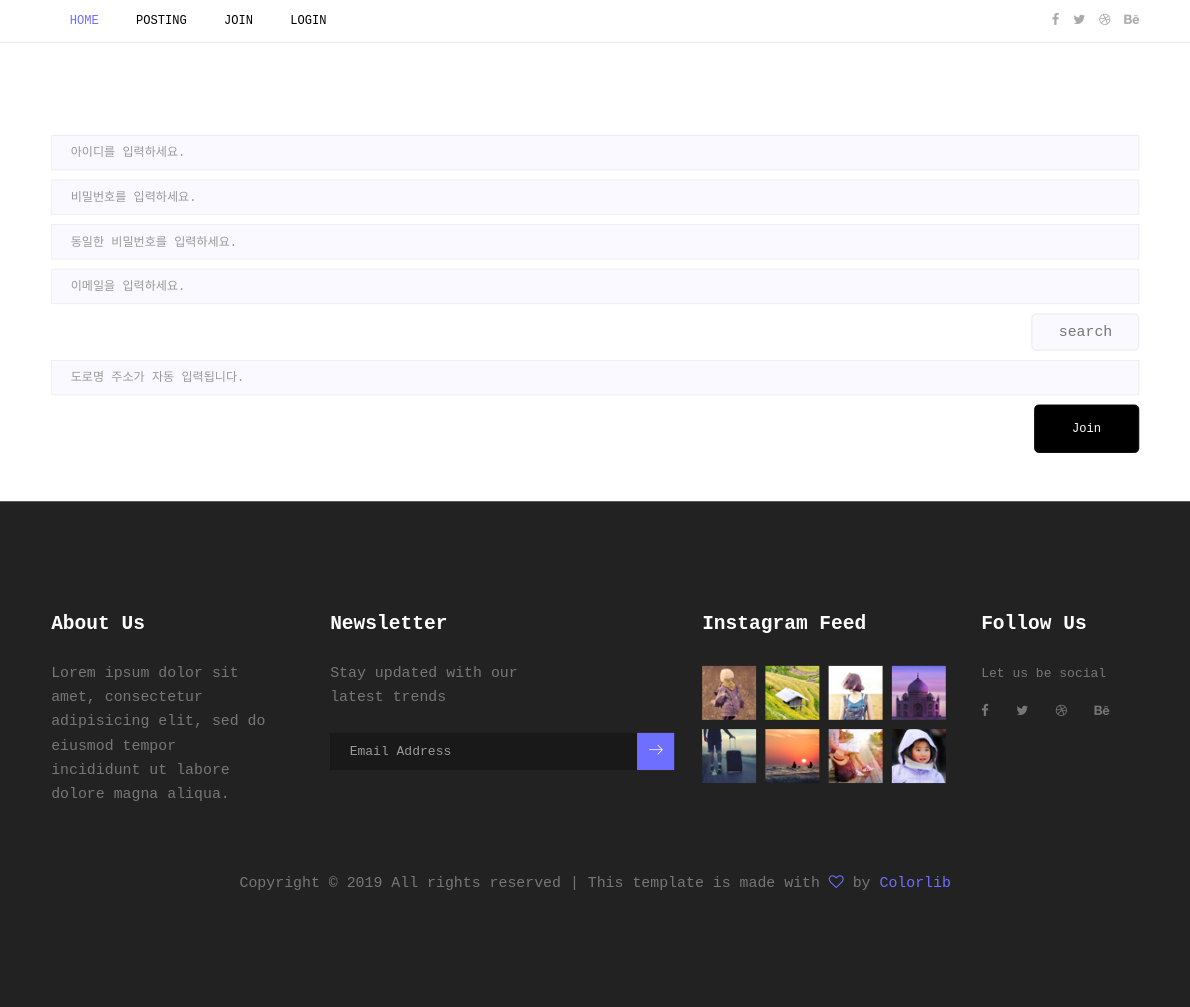
Repository: DAVISPARK/park
Page: http://localhost/blog/user/update.jsp
These files come from the project's save history. The page is drawn as it stood at one moment and after the next save; the edit follows.
The browser window is 1280 px wide. The pictures show the whole page, at 93% of full size.
Some web fonts or font styles are not loaded; a fallback is used. The page is served by Tomcat 9.

Above is the page before, as saved 2019-10-31 03:28:44.

After the next save:
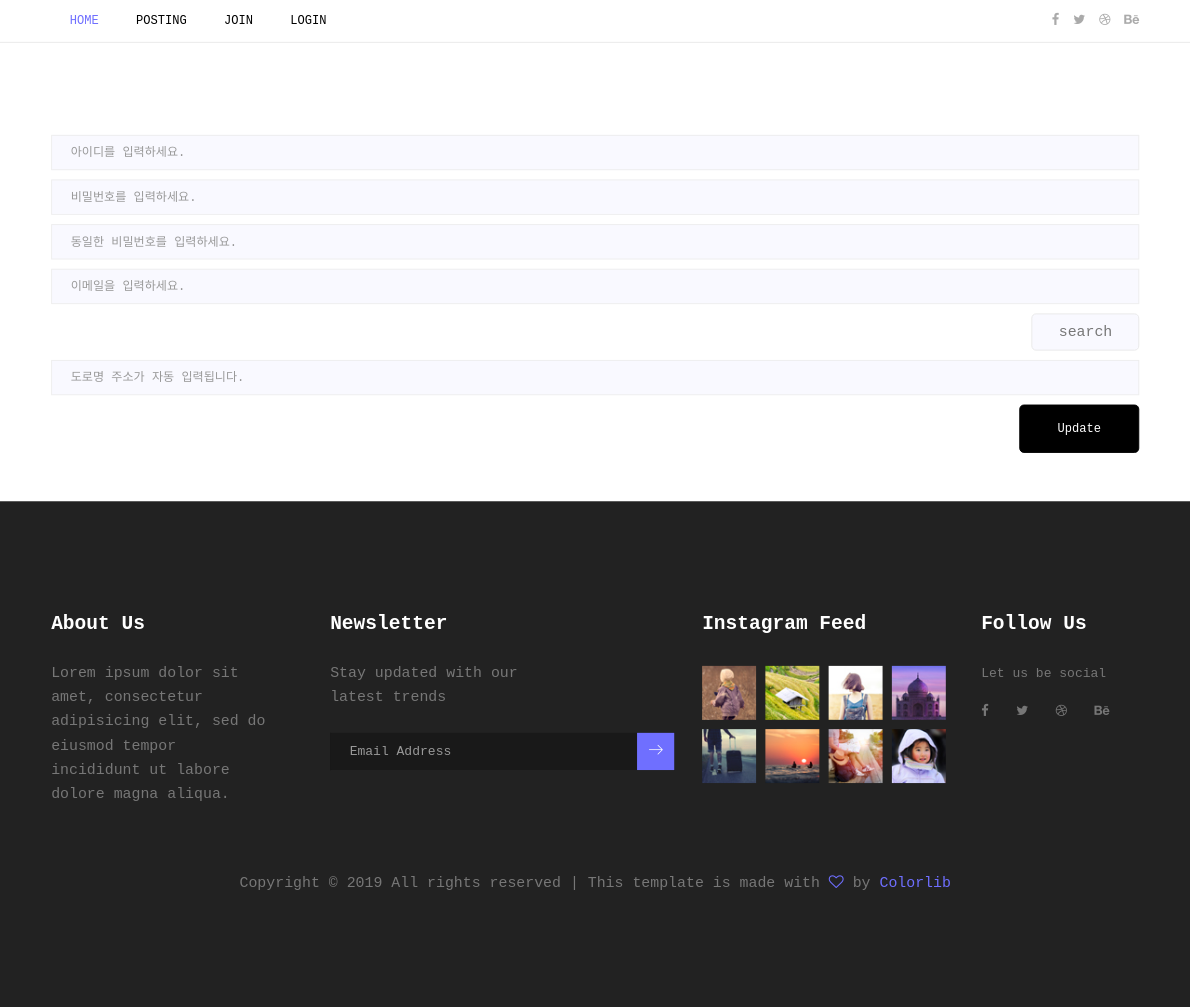
Saved 2 min 42 s later.
--- a/blog/WebContent/user/update.jsp
+++ b/blog/WebContent/user/update.jsp
@@ -11,7 +11,7 @@
 					<!-- validateCheck() 패스워드 동일성 검사 return  -->
 					<div class="col-md-12">
 						<div class="form-group">
-							<input type="text" class="form-control" vlaue= "${sessionScope.user.username}" name="username" placeholder="아이디를 입력하세요."  readonly maxlength="20">
+							<input type="text" class="form-control" value= "${sessionScope.user.username}" name="username" placeholder="아이디를 입력하세요."  readonly maxlength="20">
 						</div>
 					</div>
 					<div class="col-md-12">
@@ -26,7 +26,7 @@
 					</div>
 					<div class="col-md-12">
 						<div class="form-group">
-							<input type="email" class="form-control"  vlaue= "${sessionScope.user.email}" name="email" placeholder="이메일을 입력하세요." readonly maxlength="40">
+							<input type="email" class="form-control"  value= "${sessionScope.user.email}" name="email" placeholder="이메일을 입력하세요." readonly maxlength="40">
 						</div>
 						</div>
 
@@ -46,7 +46,7 @@
 
 					</div>
 					<div class="col-md-12 text-right">
-						<button type="submit" value="submit" class="btn submit_btn">Join</button>
+						<button type="submit" value="submit" class="btn submit_btn">Update</button>
 					</div>
 				</form>
 			</div>
